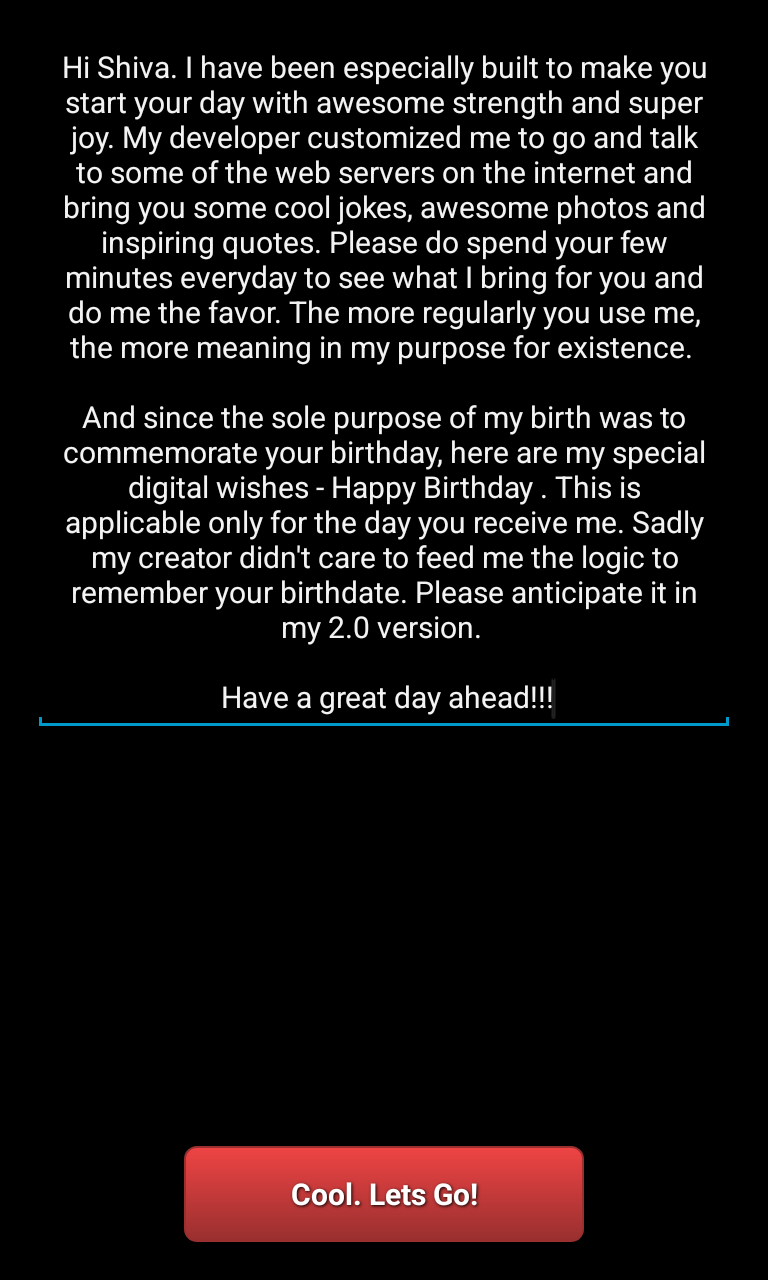
Repository: gitvas/FewMinutesEveryday
Layout: WorkspaceOne/FewMinutesEveryday/res/layout/activity_start.xml
These files come from the project's save history. The layout is drawn as it stood at one moment and after a run of saves; the edit follows.
It is drawn on a 768 x 1280 px phone screen (xhdpi) without system bars, with theme android:Theme.Holo; the app's code is not run.

Above is the layout before, as saved 2014-08-24 06:12:14.

After the next 2 saves:
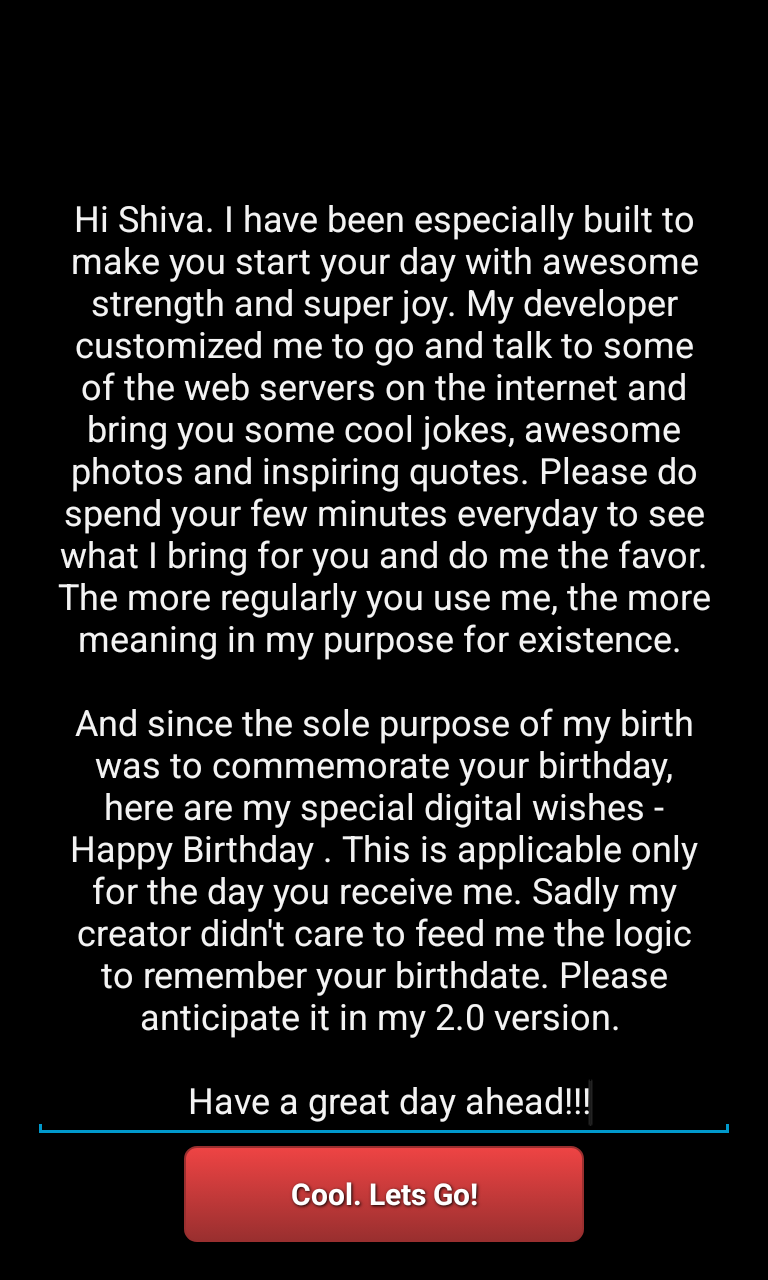
The 2 saves are shown as one change because 1 did not build or start.
The last was saved 2 min 40 s later.
--- a/WorkspaceOne/FewMinutesEveryday/res/layout/activity_start.xml
+++ b/WorkspaceOne/FewMinutesEveryday/res/layout/activity_start.xml
@@ -14,12 +14,12 @@
         android:layout_width="fill_parent"
         android:layout_height="wrap_content"
         android:layout_centerHorizontal="true"
+        android:layout_above="@+id/btnContinue"
         android:ems="10"
         android:gravity="center"
         android:inputType="none"
         android:focusable="false"
-        android:text="@string/intro_text"
-        android:textSize="15dp">
+        android:text="@string/intro_text">
         <requestFocus />
     </EditText>
 
